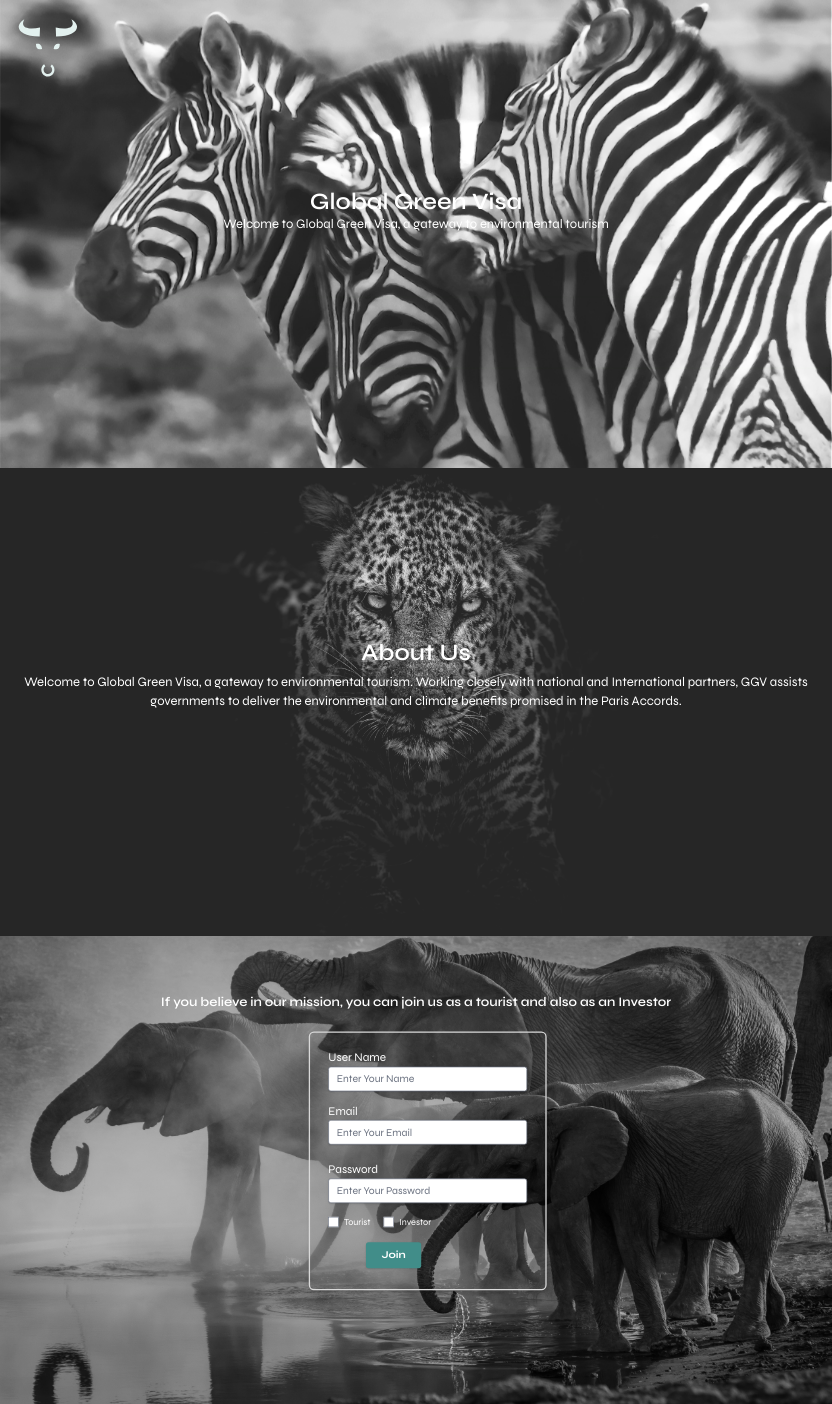
Repository: BrightonMboya/ggv-landingPage
Page: /
These files come from the project's save history. The page is drawn as it stood at one moment and after the next save; the edit follows.
The browser window is 1280 px wide. The pictures show the whole page, at 65% of full size.
The project was rebuilt for these pictures with package versions that can differ from the ones it lists, and the page was loaded fresh each time. The framework's server and built-in components were replaced by stand-ins that run in the browser. Also part of the build but not shown: next.config.js.

Above is the page before, as saved 2022-06-14 14:52:30.

### pages/index.js
import React from "react";
import styles from "../styles/Home.module.css";
import HomePage from "./HomePage";
import AboutUs from "./AboutUs";
import Contactus from "./Contactus";

// const index = () => {
//   return (
//     <React.Fragment>
//       <div className={`${styles.global} ${styles.container}`}>
//         <section className={`${styles.section}`}>
//           <HomePage />
//         </section>
//         <section className={`${styles.section}`}>
//           <AboutUs />
//         </section>
//         <section className={`${styles.section} ${styles.three}`}>
//           <Contactus />
//         </section>
//       </div>
//     </React.Fragment>
//   );
// };

const index = () => {
  return (
    <React.Fragment>
      {/* <div className={styles.global}>
        <div className={styles.container}>
          <section className={`${styles.section}`}>
            <HomePage />
          </section>
          <section className={`${styles.section} ${styles.two}`}>
            <AboutUs />
          </section>
          <section className={styles.section}>
            <Contactus />
          </section>
        </div>
      </div> */}

      <HomePage />
      <AboutUs />
      <Contactus />
    </React.Fragment>
  );
};

export default index;

### styles/globals.css
@tailwind base;
@tailwind components;
@tailwind utilities;

@layer base {
  html {
    font-family: Syne;
  }
}

### styles/Home.module.css
.global {
  margin: 0;
  padding: 0;
  box-sizing: border-box;
  font-family: "Syne";
  /* border: 2px solid yellow; */
}
.section {
  /* height: 100vh; */
  display: flex;
  justify-content: center;
  align-items: center;
  scroll-snap-align: start;
}

.container {
  scroll-snap-type: y mandatory;
  overflow-y: scroll;
  height: 100vh;
}

.bgWrap {
  position: fixed;
  /* height: 100vh; */
  /* min-height: 80vh; */
  width: 100vw;
  overflow: hidden;
  z-index: -1;
  height: 100vh;
}

.bg {
  /* max-width: 100%; */
  position: relative;
  /* opacity: 0.1; */
  background: linear-gradient(
    to bottom-right,
    rgba(0, 1, 7, 0.7),
    rgb(78, 77, 77, 0.7)
  );
  /* border: 2px solid red; */
  /* height: 100vh; */
}

.content {
  /* display: inline-block; */
  position: absolute;
  left: 50%;
  top: 45%;
  width: 100%;
  transform: translate(-50%, -50%);
}

@media (max-width: 480px) {
  .content p {
    margin: 0 auto;
    max-width: 400px;
  }
}

.two {
  background: rgb(211, 79, 79);
  background: linear-gradient(
      to bottom right,
      rgba(0, 1, 7, 0.7),
      rgb(78, 77, 77, 0.7)
    ),
    url("../public/about.jpg");
  background-size: cover;
  background-repeat: no-repeat;
  background-position: center;
  font-size: 45px;
  line-height: 65px;
  text-align: center;
  color: #ffffff;
}

### pages/HomePage.js
import React from "react";
import Head from "next/head";
import styles from "../styles/Home.module.css";
import Image from "next/image";

const HomePage = () => {
  return (
    <div className="">
      <Head>
        <title>Welcome to GGV</title>
        <meta
          name="description"
          content="Your Gateway to environmental tourism"
        />
        <style>
          @import
          url('https://fonts.googleapis.com/css2?family=Poppins:wght@400;500;600&family=Syne:wght@400;500;600;700&display=swap');
        </style>
      </Head>
      <div className={`${styles.bgWrap} ${styles.bg}`}>
        <Image
          src="/home.jpg"
          layout="fill"
          objectFit="cover"
          quality={100}
          style={{
            opacity: 0.9
          }}
        />
        <div className="w-[100px] h-[100px] relative mt-6 ml-6 ">
          <Image src="/logo.svg" layout="fill" objectFit="contain" />
        </div>
        <div className={styles.content}>
          <h2 className="text-white lg:text-4xl text-center text-6xl font-semibold">
            Global Green Visa
          </h2>
          <p className="text-white lg:text-xl text-center text-2xl">
            Welcome to Global Green Visa, a gateway to environmental tourism
          </p>
        </div>
      </div>
    </div>
  );
};
export default HomePage;

### pages/AboutUs.js
import Image from "next/image";
import styles from "../styles/Home.module.css";
import Head from "next/head";

const AboutUs = () => {
  return (
    <div className={styles.global}>
      <Head>
        <title>Welcome to GGV</title>
        <meta
          name="description"
          content="Your Gateway to environmental tourism"
        />
        <style>
          @import
          url('https://fonts.googleapis.com/css2?family=Poppins:wght@400;500;600&family=Syne:wght@400;500;600;700&display=swap');
        </style>
      </Head>
      <div className={`${styles.bgWrap} ${styles.bg}`}>
        <Image
          src="/about.jpg"
          layout="fill"
          objectFit="cover"
          quality={100}
          style={{ opacity: 0.85 }}
        />
        <div className={styles.content}>
          <h2 className="text-white lg:text-4xl text-center text-4xl font-semibold">
            About Us
          </h2>
          <p className="text-white lg:text-xl text-center text-xl leading-loose py-3">
            Welcome to Global Green Visa, a gateway to environmental tourism.
            Working closely with national and International partners, GGV
            assists governments to deliver the environmental and climate
            benefits promised in the Paris Accords.
          </p>
        </div>
      </div>
    </div>
  );
};
export default AboutUs;

### pages/Contactus.js
import React from "react";
import Image from "next/image";
import styles from "../styles/Home.module.css";
import { useState } from "react";
import Head from "next/head";

const Contactus = () => {
  const [enteredName, setEnteredName] = useState("");
  const [enteredPassword, setEnteredPassword] = useState("");
  const [enteredMessage, setEnteredMessage] = useState("");

  const nameChangeHandler = (event) => {
    setEnteredName(event.target.value);
  };

  const passwordChangeHandler = (event) => {
    setEnteredPassword(event.target.value);
  };

  const messageChangeHandler = (event) => {
    setEnteredMessage(event.target.value);
  };

  const submitHandler = (event) => {
    event.preventDefault();
  };
  return (
    <div className="">
      <Head>
        <title>Welcome to GGV</title>
        <meta name="description" content="Join Our Family" />
        <style>
          @import
          url('https://fonts.googleapis.com/css2?family=Poppins:wght@400;500;600&family=Syne:wght@400;500;600;700&display=swap');
        </style>
      </Head>
      <div className={`${styles.bgWrap} ${styles.bg}`}>
        <Image
          src="/contact.jpg"
          layout="fill"
          objectFit="cover"
          quality={100}
        />
        <div className="flex items-center justify-center text-white">
          <div className={styles.content}>
            <h3 className="text-xl font-semibold md:text-xl text-center px-5">
              If you believe in our mission, you can join us as a tourist and
              also as an Investor
            </h3>
            <div className="max-w-xs md:max-w-3xl lg:max-w-full ml-[5vh] mt-8 flex items-center justify-center">
              <form
                onSubmit={submitHandler}
                className="shadow-md rounded-lg px-7 pt-6 pb-8 mb-4 border-gray border-2"
              >
                <div className="mb-4">
                  <label className="text-lg">User Name</label>
                  <input
                    type="text"
                    value={enteredName}
                    onChange={nameChangeHandler}
                    placeholder="Enter Your Name"
                    className="shadow appearance-none border rounded w-full py-2 px-3 text-gray-700 leading-tight focus:outline-none focus:shadow-outline"
                  />
                </div>
                <div className="mb-6">
                  <label className="text-lg">Email</label>
                  <input
                    type="email"
                    className="shadow appearance-none border rounded w-full py-2 px-3 text-gray-700 leading-tight focus:outline-none focus:shadow-outline"
                    onChange={passwordChangeHandler}
                    placeholder="Enter Your Email"
                    value={enteredPassword}
                  />
                </div>

                <div>
                  <label className="text-lg">Password</label>
                  <input
                    type="text"
                    className="shadow appearance-none border rounded w-full py-2 px-3 text-gray-700 leading-tight focus:outline-none focus:shadow-outline"
                    placeholder="Enter Your Password"
                    value={enteredMessage}
                    onChange={messageChangeHandler}
                  />
                </div>
                <div className="flex items-center mt-4">
                  <div>
                    <input type="checkbox" className="mr-2 leading-tight" />
                    <span className="text-sm text-center">Tourist</span>
                  </div>
                  <div className="ml-5">
                    <input type="checkbox" className="mr-2 leading-tight" />
                    <span className="text-sm text-center">Investor</span>
                  </div>
                </div>

                <div className="mt-5 ml-[8vh]">
                  <button className="shadow bg-green focus:shadow-outline focus:outline-none text-white font-bold py-2 px-6 rounded">
                    Join
                  </button>
                </div>
              </form>
            </div>
          </div>
        </div>
      </div>
    </div>
  );
};

export default Contactus;

### tailwind.config.js
module.exports = {
  content: [
    "./pages/**/*.{js,ts,jsx,tsx}",
    "./components/**/*.{js,ts,jsx,tsx}"
  ],
  theme: {
    extend: {
      colors: {
        black: "#000107",
        slate: "#E3F1EF",
        green: "#418D89",
        gray: "#D9D9D9"
      },
      fontFamily: {
        Syne: ["Syne", "sans-serif"]
      }
    }
  },
  plugins: [require("@tailwindcss/forms")]
};

Loaded but not shown: pages/_app.js (common file)

After the next save:
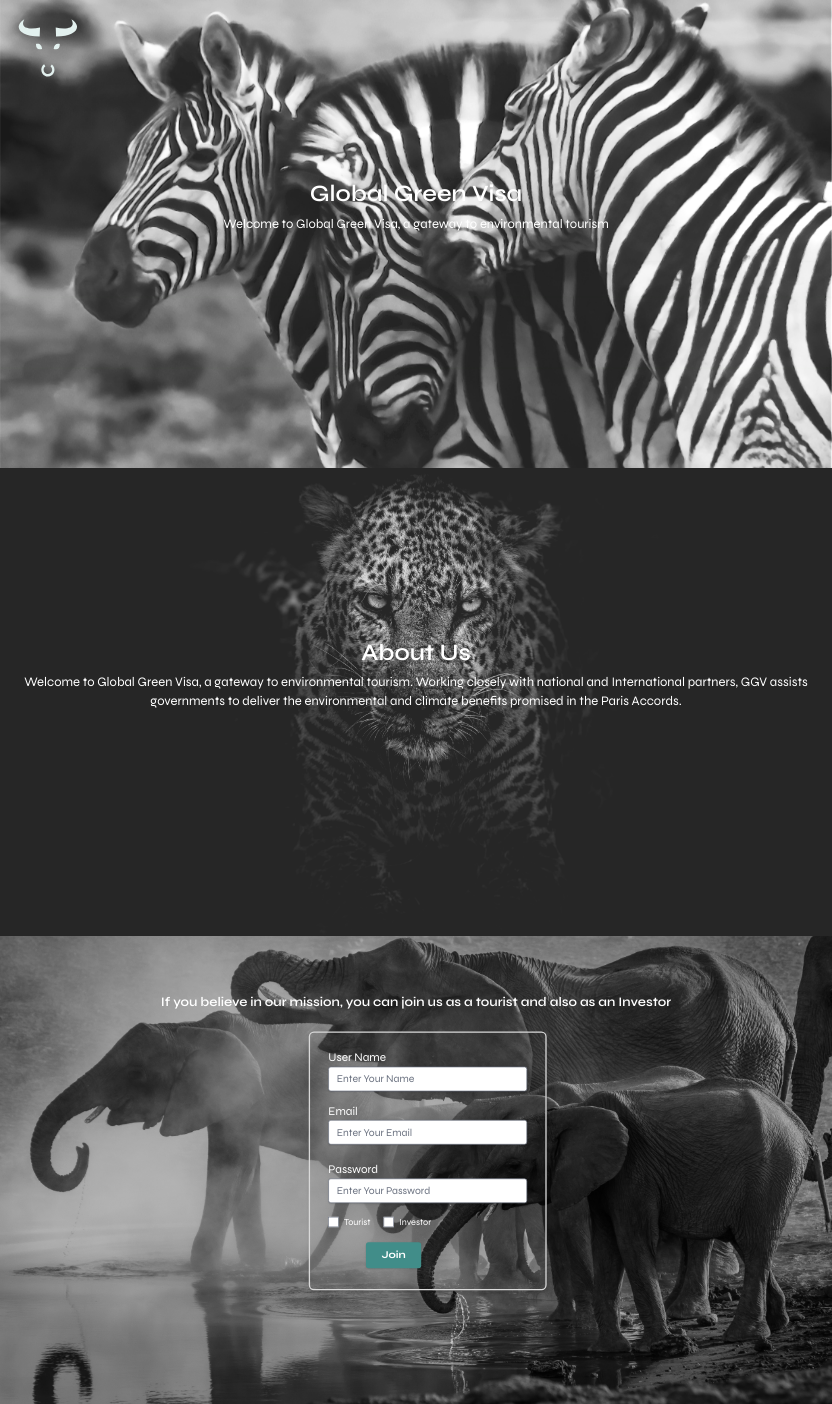
Saved 11 s later.
--- a/pages/HomePage.js
+++ b/pages/HomePage.js
@@ -34,7 +34,7 @@ const HomePage = () => {
           <h2 className="text-white lg:text-4xl text-center text-6xl font-semibold">
             Global Green Visa
           </h2>
-          <p className="text-white lg:text-xl text-center text-2xl">
+          <p className="text-white lg:text-xl text-center text-2xl py-3">
             Welcome to Global Green Visa, a gateway to environmental tourism
           </p>
         </div>
